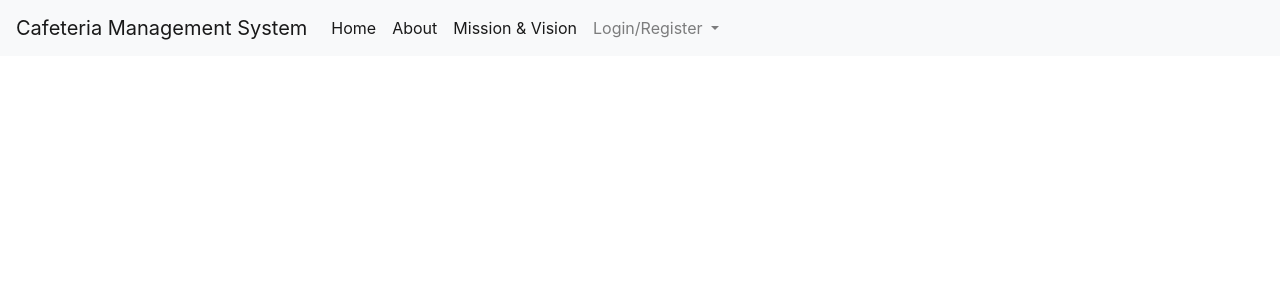
Repository: OsamaRaees/Trivia
Page: http://localhost/Trivia/
The author's editor kept a copy of each file at every save. The page is drawn from the files as they stood at one save, then again after the next save.
The browser window is 1280 px wide. The pictures show the whole page.
The page is served by Tomcat 9. Other server files are loaded and not shown.

Above is the page before, as saved 2019-04-05 09:20:30.

### Trivia/WebContent/Main.jsp
<%@ page language="java" contentType="text/html; charset=ISO-8859-1"
    pageEncoding="ISO-8859-1"%>
<!DOCTYPE html>
<html>
<head>
<meta charset="ISO-8859-1">
<link rel="stylesheet" href="https://stackpath.bootstrapcdn.com/bootstrap/4.3.1/css/bootstrap.min.css" integrity="sha384-ggOyR0iXCbMQv3Xipma34MD+dH/1fQ784/j6cY/iJTQUOhcWr7x9JvoRxT2MZw1T" crossorigin="anonymous">
<title>Insert title here</title>
</head>
<body>

<nav class="navbar navbar-expand-lg navbar-light bg-light">
  <a class="navbar-brand" href="#">Cafeteria Management System </a>
  <button class="navbar-toggler" type="button" data-toggle="collapse" data-target="#navbarSupportedContent" aria-controls="navbarSupportedContent" aria-expanded="false" aria-label="Toggle navigation">
    <span class="navbar-toggler-icon"></span>
  </button>

  <div class="collapse navbar-collapse" id="navbarSupportedContent">
    <ul class="navbar-nav mr-auto">
      <li class="nav-item active">
        <a class="nav-link" href="Main.jsp">Home <span class="sr-only">(current)</span></a>
      </li>

      <li class="nav-item active">
        <a class="nav-link" href="About.jsp">About <span class="sr-only">(current)</span></a>
      </li>

      <li class="nav-item active">
        <a class="nav-link" href="Mission.jsp">Mission & Vision <span class="sr-only">(current)</span></a>
      </li>



     <li class="nav-item dropdown">
        <a class="nav-link dropdown-toggle" href="#" id="navbarDropdownMenuLink" role="button" data-toggle="dropdown" aria-haspopup="true" aria-expanded="false">
          Login/Register
        </a>
        <div class="dropdown-menu" aria-labelledby="navbarDropdownMenuLink">
          <a class="dropdown-item" href="LoginType.jsp">Login</a>
          <a class="dropdown-item" href="RegisterType.jsp">Registration</a>
        </div>
      </li>
    </ul>



  </div>
</nav>

<script src="https://code.jquery.com/jquery-3.3.1.slim.min.js" integrity="sha384-q8i/X+965DzO0rT7abK41JStQIAqVgRVzpbzo5smXKp4YfRvH+8abtTE1Pi6jizo" crossorigin="anonymous"></script>
<script src="https://cdnjs.cloudflare.com/ajax/libs/popper.js/1.14.7/umd/popper.min.js" integrity="sha384-UO2eT0CpHqdSJQ6hJty5KVphtPhzWj9WO1clHTMGa3JDZwrnQq4sF86dIHNDz0W1" crossorigin="anonymous"></script>
<script src="https://stackpath.bootstrapcdn.com/bootstrap/4.3.1/js/bootstrap.min.js" integrity="sha384-JjSmVgyd0p3pXB1rRibZUAYoIIy6OrQ6VrjIEaFf/nJGzIxFDsf4x0xIM+B07jRM" crossorigin="anonymous"></script>
</body>
</html>

After the next save:
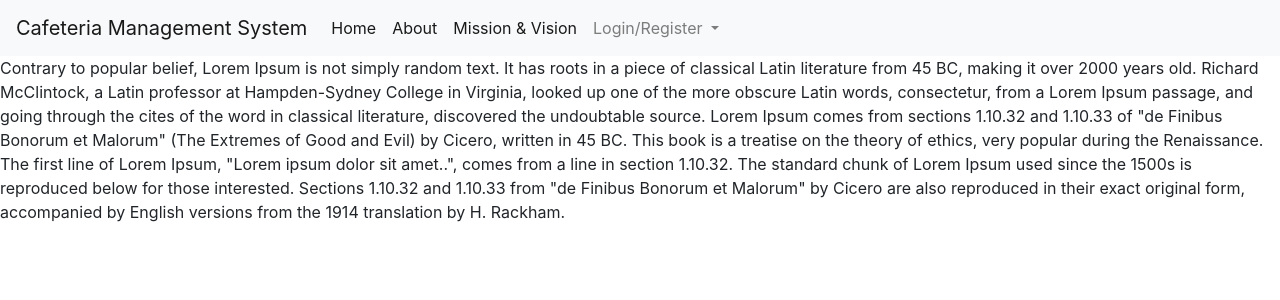
Saved 111 s later.
--- a/Trivia/WebContent/Main.jsp
+++ b/Trivia/WebContent/Main.jsp
@@ -46,7 +46,10 @@
 
   </div>
 </nav>
+<p>
+Contrary to popular belief, Lorem Ipsum is not simply random text. It has roots in a piece of classical Latin literature from 45 BC, making it over 2000 years old. Richard McClintock, a Latin professor at Hampden-Sydney College in Virginia, looked up one of the more obscure Latin words, consectetur, from a Lorem Ipsum passage, and going through the cites of the word in classical literature, discovered the undoubtable source. Lorem Ipsum comes from sections 1.10.32 and 1.10.33 of "de Finibus Bonorum et Malorum" (The Extremes of Good and Evil) by Cicero, written in 45 BC. This book is a treatise on the theory of ethics, very popular during the Renaissance. The first line of Lorem Ipsum, "Lorem ipsum dolor sit amet..", comes from a line in section 1.10.32.
 
+The standard chunk of Lorem Ipsum used since the 1500s is reproduced below for those interested. Sections 1.10.32 and 1.10.33 from "de Finibus Bonorum et Malorum" by Cicero are also reproduced in their exact original form, accompanied by English versions from the 1914 translation by H. Rackham.</p>
 <script src="https://code.jquery.com/jquery-3.3.1.slim.min.js" integrity="sha384-q8i/X+965DzO0rT7abK41JStQIAqVgRVzpbzo5smXKp4YfRvH+8abtTE1Pi6jizo" crossorigin="anonymous"></script>
 <script src="https://cdnjs.cloudflare.com/ajax/libs/popper.js/1.14.7/umd/popper.min.js" integrity="sha384-UO2eT0CpHqdSJQ6hJty5KVphtPhzWj9WO1clHTMGa3JDZwrnQq4sF86dIHNDz0W1" crossorigin="anonymous"></script>
 <script src="https://stackpath.bootstrapcdn.com/bootstrap/4.3.1/js/bootstrap.min.js" integrity="sha384-JjSmVgyd0p3pXB1rRibZUAYoIIy6OrQ6VrjIEaFf/nJGzIxFDsf4x0xIM+B07jRM" crossorigin="anonymous"></script>
